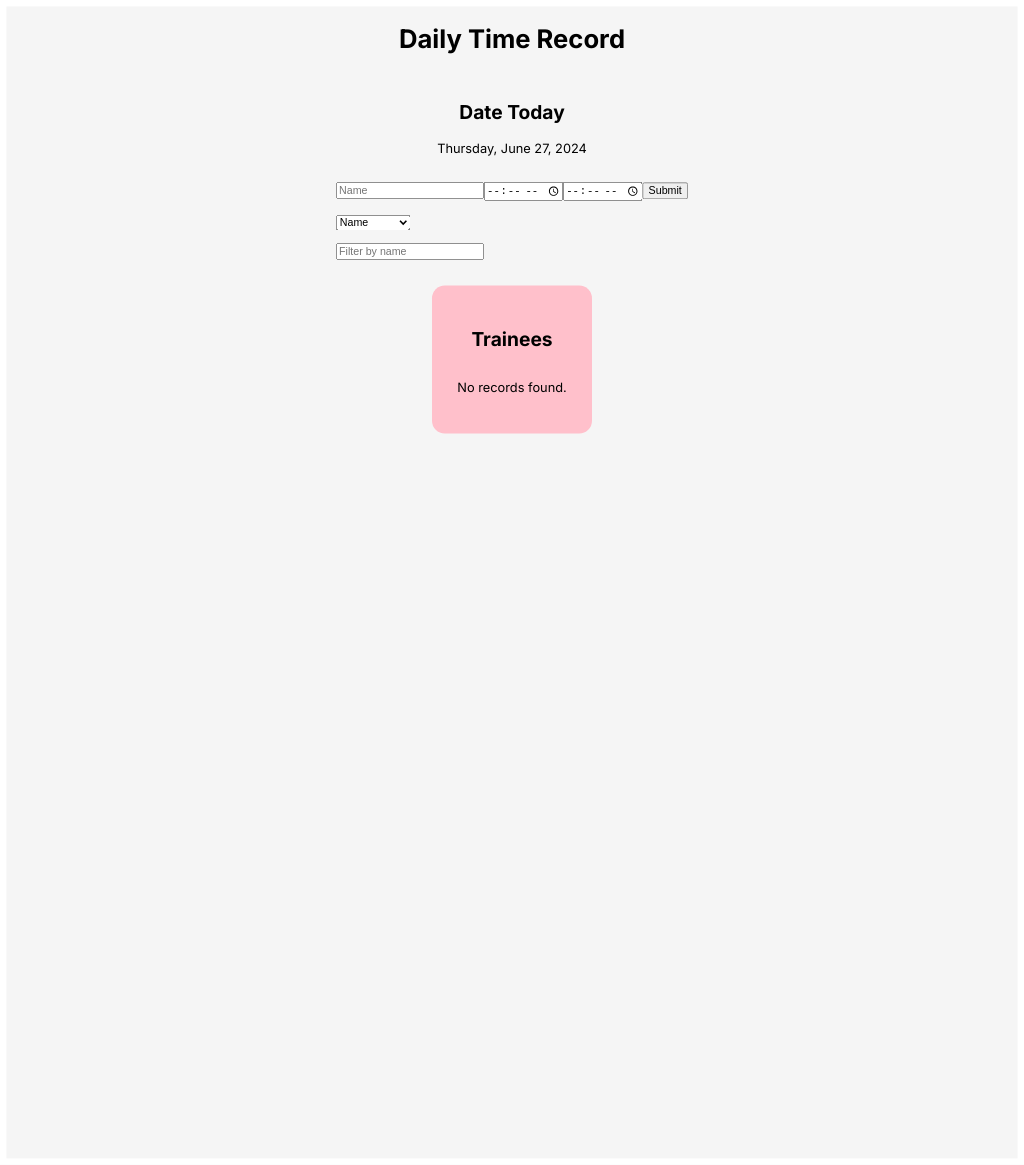
Repository: EeeeeEyyyy/daily_time_record
Page: /
An editor plug-in stored every save of this project. The page is shown before and after the next save, followed by the edit.
The browser window is 1280 px wide. The pictures show the whole page, at 80% of full size.
The project was rebuilt for these pictures with package versions that can differ from the ones it lists, and the page was loaded fresh each time. The framework's server and built-in components were replaced by stand-ins that run in the browser. Also part of the build but not shown: next.config.mjs, src/app/globals.css.

Above is the page before, as saved 2024-06-27 15:35:10.

### src/app/layout.js
import { Inter } from "next/font/google";
import "./globals.css";

const inter = Inter({ subsets: ["latin"] });

export const metadata = {
  title: "Daily Time Record",
  description: "Generated by create next app",
};

export default function RootLayout({ children }) {
  return (
    <html lang="en">
      <body className={inter.className}>{children}</body>
    </html>
  );
}

### src/app/page.js
"use client";
import React, { useEffect, useState } from 'react';
import styles from './page.module.css';
const DailyTimeRecord = () => {
  const [data, setData] = useState([]);
  const [name, setName] = useState('');
  const [arrivalTime, setArrivalTime] = useState('');
  const [timeOut, setTimeOut] = useState('');
  const [date, setDate] = useState('');
  const [errors, setErrors] = useState({ name: '', arrivalTime: '', timeOut: '' });
  const [filter, setFilter] = useState('');
  const [filterType, setFilterType] = useState('name');
  const [editIndex, setEditIndex] = useState(null);
  useEffect(() => {
    const storedData = JSON.parse(localStorage.getItem('user')) || [];
    setData(storedData);
    setDate(getCurrentDate());
  }, []);
  const getCurrentDate = () => {
    const now = new Date();
    return now.toLocaleDateString('en-US', {
      weekday: 'long',
      year: 'numeric',
      month: 'long',
      day: 'numeric'
    });
  };
  const formatTimeForInput = (time) => {
    const date = new Date();
    const [hours, minutes] = time.split(':');
    date.setHours(hours);
    date.setMinutes(minutes);
    return date.toTimeString().slice(0, 5);
  };
  const handleChangeName = (value) => {
    setName(value);
  };
  const handleChangeArrivalTime = (value) => {
    setArrivalTime(value);
  };
  const handleChangeTimeOut = (value) => {
    setTimeOut(value);
  };
  const handleSubmit = () => {
    const newErrors = {
      name: name ? '' : 'Name is required bago mag submit',
      arrivalTime: arrivalTime ? '' : 'Arrival time is required bago mag submit',
      timeOut: timeOut ? '' : 'Time out is required  bago mag submit'
    };
    if (newErrors.name || newErrors.arrivalTime || newErrors.timeOut) {
      setErrors(newErrors);
      return;
    }
    const payload = {
      name,
      date,
      arrivalTime: formatTimeForInput(arrivalTime),
      timeOut: formatTimeForInput(timeOut)
    };
    if (editIndex !== null) {
      const updatedData = data.map((item, index) =>
        index === editIndex ? payload : item
      );
      setData(updatedData);
      localStorage.setItem('user', JSON.stringify(updatedData));
      setEditIndex(null);
    } else {
      const updatedData = [...data, payload];
      setData(updatedData);
      localStorage.setItem('user', JSON.stringify(updatedData));
    }
    setName('');
    setArrivalTime('');
    setTimeOut('');
    setErrors({ name: '', arrivalTime: '', timeOut: '' });
  };
  const handleDelete = (index) => {
    const updatedData = data.filter((_, i) => i !== index);
    setData(updatedData);
    localStorage.setItem('user', JSON.stringify(updatedData));
  };
  const handleEdit = (index) => {
    const record = data[index];
    setName(record.name);
    setArrivalTime(record.arrivalTime);
    setTimeOut(record.timeOut);
    setEditIndex(index);
  };
  const handleFilterChange = (e) => {
    setFilter(e.target.value);
  };
  const handleFilterTypeChange = (e) => {
    setFilterType(e.target.value);
  };
  const filteredData = data.filter((item) => {
    const searchTerm = filter.toLowerCase();
    if (filterType === 'name') {
      return item.name.toLowerCase().includes(searchTerm);
    } else if (filterType === 'date') {
      return item.date.toLowerCase().includes(searchTerm);
    } else if (filterType === 'arrivalTime') {
      return item.arrivalTime.toLowerCase().includes(searchTerm);
    } else if (filterType === 'timeOut') {
      return item.timeOut.toLowerCase().includes(searchTerm);
    }
    return false;
  });
  return (
    <div className={styles.main}>
              <h1>Daily Time Record</h1>
      <div className={styles.date}>
        <h2>Date Today</h2>
        <p>{date}</p>
      </div>
<div className={styles.input_field}>
        <input
        type="text"
        placeholder="Name"
        value={name}
        onChange={(e) => handleChangeName(e.target.value)}
      />
      {errors.name && <p style={{ color: 'red' }}>{errors.name}</p>}
      <input
        type="time"
        placeholder="Time of Arrival"
        value={arrivalTime}
        onChange={(e) => handleChangeArrivalTime(e.target.value)}
      />
      {errors.arrivalTime && <p style={{ color: 'red' }}>{errors.arrivalTime}</p>}
      <input
        type="time"
        placeholder="Time Out"
        value={timeOut}
        onChange={(e) => handleChangeTimeOut(e.target.value)}
      />
      {errors.timeOut && <p style={{ color: 'red' }}>{errors.timeOut}</p>}
      <button onClick={handleSubmit}>
        {editIndex !== null ? 'Update' : 'Submit'}
      </button>
      <div style={{ marginTop: '1rem' }}>
        <select value={filterType} onChange={handleFilterTypeChange}>
          <option value="name">Name</option>
          <option value="date">Date</option>
          <option value="arrivalTime">Arrival Time</option>
          <option value="timeOut">Time Out</option>
        </select>
        <input
          type="text"
          placeholder={`Filter by ${filterType}`}
          value={filter}
          onChange={handleFilterChange}
          style={{ display: 'block', marginTop: '1rem' }}
        />
      </div>
</div>
      <div className={styles.trainees_m}style={{ marginTop: '1rem' }}>
        <h2>Trainees</h2>
        {filteredData.length > 0 ? (
          filteredData.map((item, index) => (
            <div className={styles.trainees} key={index} style={{ marginBottom: '1rem' }}>
         <div className={styles.details}>
               <pre >
                <span className={styles.details_b}>Name:</span> {item.name}<br />
                <span className={styles.details_b}>Date:</span> {item.date}<br />
                <span className={styles.details_b}>Time of Arrival:</span> {item.arrivalTime}<br />
                <span className={styles.details_b}>Time Out:</span> {item.timeOut}
              </pre>
         </div>
             <div className={styles.button_e_d}> <button onClick={() => handleEdit(index)}>Edit</button>
              <button onClick={() => handleDelete(index)}>Delete</button></div>
            </div>
          ))
        ) : (
          <p>No records found.</p>
        )}
      </div>
    </div>
  );
};
export default DailyTimeRecord;

### src/app/page.module.css
.main{
    background-color: #f5f5f5;
    height: 200vh;
    display:flex;
    flex-direction:column;
    align-items:center;
    gap:1rem;
}
.trainees_m{
border-radius:1rem;
background:pink;
padding:2rem;
margin:2rem;
display:flex ;
flex-direction:column;
align-items: center;
}
.trainees{
    display: flex;
    flex-direction: row;
    justify-content:space-between;
    background: rgba( 255, 255, 255, 0.25 );
box-shadow: 0 8px 32px 0 rgba( 31, 38, 135, 0.37 );
backdrop-filter: blur( 4px );
-webkit-backdrop-filter: blur( 4px );
border-radius: 1rem;
border: 1px solid rgba( 255, 255, 255, 0.18 );
    margin:1rem 2rem;
    padding: 1rem 2.5rem;
    width:30rem;
}
.details_b{
    font-weight: bold;
}
.button_e_d{
    display: flex;
    flex-direction: row;
    justify-content:center;
    gap:1rem;
    height:2rem;
    align-items: center;
    padding-top:1.8rem;

}
.date{
    text-align: center;
}
.inputfield{
    display: flex;
    flex-direction: column;

}

After the next save:
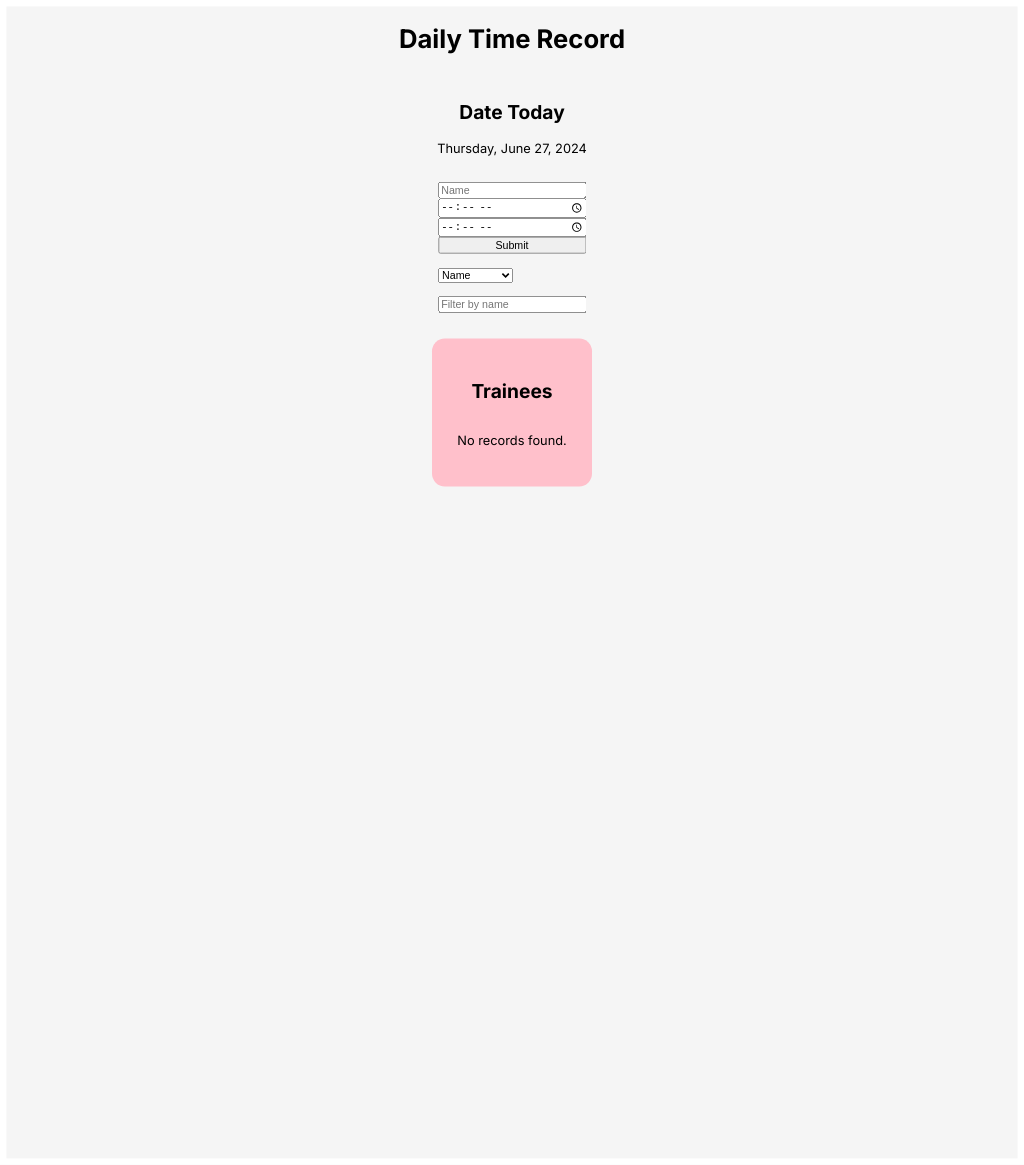
Saved 4 s later.
--- a/src/app/page.module.css
+++ b/src/app/page.module.css
@@ -45,8 +45,9 @@ border: 1px solid rgba( 255, 255, 255, 0.18 );
 .date{
     text-align: center;
 }
-.inputfield{
+.input_field{
     display: flex;
     flex-direction: column;
 
+
 }
